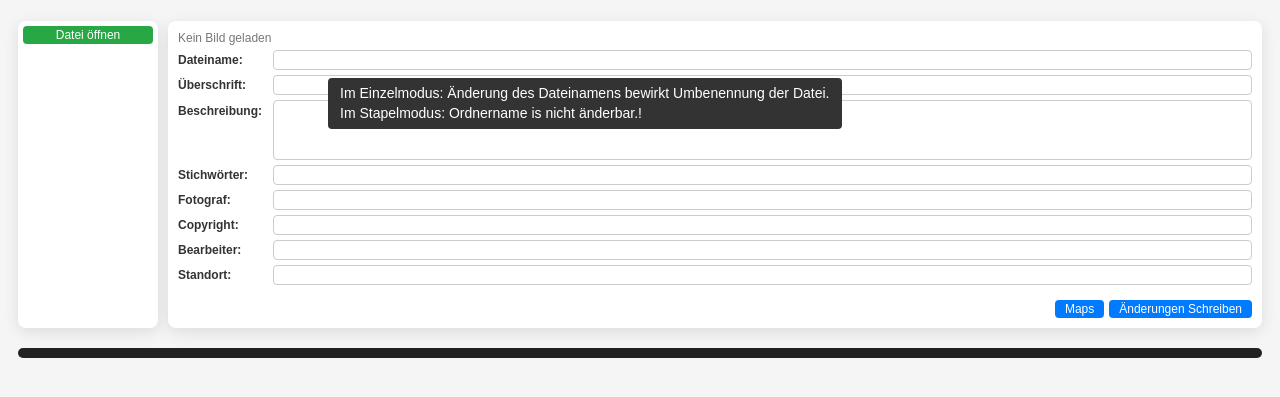
Repository: h-fahle/metadata
Page: ui/index.html
The author's editor kept a copy of each file at every save. The page is drawn from the files as they stood at one save, then again after the next save.
The browser window is 1280 px wide. The pictures show the whole page.
The pointer rests on the first visible `.tooltip`.

Above is the page before, as saved 2026-08-18 12:45:31.

### ui/index.html
<!DOCTYPE html>
<html lang="de">

<head>
	<meta charset="UTF-8">
	<title>Tauri ExifTool Test</title>
	<script src="script.js"></script>
	<link rel="stylesheet" href="style.css">
</head>

<body>

	<div class="main-container">

		<!-- Das Vorschaubild links -->
		<div id="sidebar">
			<button id="file-open" onclick="dateiAuswählen()">Datei öffnen</button>

			<!-- 			<select id="menue-oeffnen" onchange="menueAktion(this)" >
				<option value="dateien">🖼️ Bilder öffnen...</option>
				<option value="ordner">📁 Ordner öffnen...</option>
			</select>
 -->
			<img id="vorschau-bild" src="" style="display:none;" />
			<div id="bild-info" style="text-align:center;">
				<span id="img-nummer"></span><br>
				<span id="img-datum"></span><br>
				<span id="img-groesse"></span>
			</div>
		</div>

		<!-- Das Formular rechts -->
		<div id="mein-formular-container">

			<div id="ordner-pfad">Kein Bild geladen</div>

			<div class="tooltip" data-tooltip=
"Im Einzelmodus: Änderung des Dateinamens bewirkt Umbenennung der Datei.
Im Stapelmodus: Ordnername is nicht änderbar.!">
				<label for="filename">Dateiname:</label>
				<input type="text" id="filename" name="filename"/>
			</div>

			<div class="tooltip" data-tooltip=
"Auch: (Dokument-)Titel, Schlagzeile, Headline">
				<label for="caption">Überschrift:</label>
				<input type="text" id="caption" name="caption"/>
			</div>

			<div class="tooltip" data-tooltip=
"Beschreibender Text in beliebiger Länge.
(Im Stapelmodus wird der eingegebene Text an vorhandenen angehängt.)
Hinweis: Einige Programme zeigen nur 2.000 Zeichen oder auch weniger an.">
				<label for="description">Beschreibung:</label>
				<textarea id="description" name="description" style="min-height: 60px;"></textarea>
			</div>

			<div class="tooltip" data-tooltip=
"Komma-separierte Liste. Groß-/Kleinschreibung beachten.
Im Stapelmodus werden die eingegebenen Stichwörter an vorhandene angehängt.">
				<label for="keywords">Stichwörter:</label>
				<input type="text" id="keywords" name="keywords"/>
			</div>

			<div class="tooltip" data-tooltip=
"Urheber, Ersteller, Autor
(Tags: Artitst, Creator, By-line)">
				<label for="creator">Fotograf:</label>
				<input type="text" id="creator" name="creator"/>
			</div>

			<div class="tooltip" data-tooltip=
"Urheberrechtshinweis; enthält in der Regel:
Name des Fotografen, Aufnahmejahr und Nutzungsrechte;
(z.B. 'Copyright [1975] [Mustermann], Alle Rechte vorbehalten')">
				<label for="copyright">Copyright:</label>
				<input type="text" id="copyright" name="copyright"/>
			</div>

			<div class="tooltip" data-tooltip=
"Verfasser der Metadaten
(Tags: Caption Writer, Writer Editor)">
				<label for="editor">Bearbeiter:</label>
				<input type="text" id="editor" name="editor"/>
			</div>

			<div class="tooltip" data-tooltip=
"GPS-Koordinaten in Dezimalgrad (51.49129, 8.43317).
Ermitteln der Koordinaten in der Google Maps-Karte:
  1. mit rechter Maustaste auf den Standort klicken,
  2. auf die angezeigten Koordinaten klicken,
  3. der so gespeicherte Wert kann dann mit Strg+V kopiert werden.">
				<label for="position">Standort:</label>
				<input type="text" id="position" name="position"/>
			</div>

			<!-- Button-Leiste -->
			<div class="button-group" style="text-align: right; margin-top: 15px;">
				<button type="button" onclick="zeigeMaps(event)" style="background: #007BFF;">Maps</button>
				<button type="button" onclick="exifSchreiben(event)" style="background: #007BFF;">Änderungen Schreiben</button>
			</div>

		</div>
	</div> <!-- Ende des main-containers -->

	<div id="ausgabe"></div>

</body>

</html>

### ui/script.js
let aktuellerBildPfad = "";

async function zeigeMaps(event) {
    event.preventDefault()
    let gps = document.getElementById('position').value;

    try {
        // Ruft direkt unsere eigene, sichere Rust-Funktion auf
        await window.__TAURI__.core.invoke('oeffne_maps_browser', {
            gpsString: gps
        });
    } catch (fehler) {
        console.error("Fehler:", fehler);
    }
}

async function dateiAuswählen() {
    try {
        const ergebnis = await window.__TAURI__.core.invoke('plugin:dialog|open', {
            options: {
                title: 'Bilddatei für ExifTool auswählen',
                directory: false,
                multiple: false,
                filters: [
                    { name: 'Bilder', extensions: ['jpg', 'jpeg', 'png', 'gif', 'tif', 'tiff', 'webp', 'avif', 'heic', 'heif'] }
                ]
            }
        });

        // Wenn der Nutzer nicht abgebrochen hat (ergebnis ist nicht null)
        if (ergebnis) {
            // Falls das Ergebnis ein Objekt ist (z.B. { path: "..." }), holen wir den Pfad heraus,
            // ansonsten nehmen wir den String direkt.
            const pfad = typeof ergebnis === 'object' ? ergebnis.path : ergebnis;

            aktuellerBildPfad = pfad;

            // Sofort automatisch die Metadaten einlesen!
            exifAuslesen();
        }
    } catch (fehler) {
        document.getElementById("ausgabe").innerHTML = "<span style='color: red;'>Dialog-Fehler: " + fehler + "</span>";
    }
}

async function exifAuslesen() {
    const pfad = aktuellerBildPfad;
    const ausgabe = document.getElementById("ausgabe");
    const vorschauImg = document.getElementById("vorschau-bild");


    ausgabe.innerText = "Rufe ExifTool auf...";

    try {
        // 1. Metadaten über Rust holen
        const jsonText = await window.__TAURI__.core.invoke('lese_bild_metdaten', { dateipfad: pfad });
        const datenObjekt = JSON.parse(jsonText)[0]; 	// Das 1. JSON-Objekt im JSON-Array in JS-Objekt umwandeln

        document.getElementById('img-nummer').innerText = '# 0/0';
        let datum = datenObjekt.DateTimeOriginal;
        if (typeof datum === 'undefined') {
            datum = '(unbekannt)';
        }
        document.getElementById('img-datum').innerText = '\u{1F4F7} ' + datum || '';
        document.getElementById('img-groesse').innerText = '⤢ ' + datenObjekt.ImageSize || '';

        document.getElementById('filename').value = datenObjekt.FileName || '';
        document.getElementById('caption').value = datenObjekt.CMB_Caption || '';
        document.getElementById('description').value = datenObjekt.Description || '';
        document.getElementById('keywords').value = datenObjekt.Keywords || '';
        document.getElementById('creator').value = datenObjekt.Creator || '';
        document.getElementById('copyright').value = datenObjekt.Copyright || '';
        document.getElementById('editor').value = datenObjekt.CMB_Editor || '';
        document.getElementById('position').value = datenObjekt.GPSPosition || '';

        const vollerPfad = pfad;
        // Erkennt automatisch Linux-Schrägstriche (/) und Windows-Backslashes (\)
        const letzterSlash = Math.max(vollerPfad.lastIndexOf('/'), vollerPfad.lastIndexOf('\\'));
        let ordner = "Unbekannt";
        if (letzterSlash !== -1) {
            ordner = vollerPfad.substring(0, letzterSlash);
        }
        // Den berechneten Ordnerpfad in das neue Label schreiben
        document.getElementById('ordner-pfad').innerText = ordner;

        // Wir nehmen das erste Element der Liste (ExifTool liefert immer ein Array)
        // und stellen es schön formatiert im Browser dar
        // ausgabe.innerText = JSON.stringify(datenObjekt[0], null, 2);
        ausgabe.innerText = jsonText;

        // Wir fragen Rust nach dem besten Weg für das Bild
        const vorschauErgebnis = await window.__TAURI__.core.invoke('hole_vorschaubild', { dateipfad: pfad });

        if (vorschauErgebnis === "STANDARD") {
            // Normales JPG/PNG über das Asset-Protokoll
            const assetUrl = window.__TAURI__.core.convertFileSrc(pfad);
            vorschauImg.src = assetUrl + "?t=" + new Date().getTime();
        } else if (vorschauErgebnis.startsWith("data:[embedded picture, 23 characters]")) {
            // TIF/TIFF über den im RAM kompilierten Rust-Wandler
            vorschauImg.src = vorschauErgebnis;
        }

        vorschauImg.style.display = "block";

    } catch (fehler) {
        ausgabe.innerHTML = "<span style='color: red;'>Fehler: " + fehler + "</span>";
        vorschauImg.style.display = "none";
        infoText.innerText = "Fehler beim Laden";
    }
}

async function exifSchreiben(ereignis) {
    if (ereignis) ereignis.preventDefault();  // verbietet dem Browser den automatischen Seiten-Reset!

    const pfad = aktuellerBildPfad;
    const ausgabe = document.getElementById("ausgabe");

    ausgabe.innerText = "Speichere Daten über ExifTool...";

    // Wir sammeln alle aktuellen Werte aus den Eingabefeldern ein
    const daten = {
        dateipfad: pfad,
        filename: document.getElementById('filename').value,
        caption: document.getElementById('caption').value,
        description: document.getElementById('description').value,
        keywords: document.getElementById('keywords').value.split(',').map(s => s.trim()).join(', '),
        creator: document.getElementById('creator').value,
        copyright: document.getElementById('copyright').value,
        editor: document.getElementById('editor').value,
        gps: document.getElementById('position').value
    };

    try {
        // Wir schicken das gesamte Paket an die Rust-Funktion 'schreibe_bild_metdaten'
        const antwort = await window.__TAURI__.core.invoke('schreibe_bild_metdaten', daten);

        // Bei Erfolg zeigen wir die Meldung in grüner Schrift an
        ausgabe.innerHTML = "<span style='color: #00ff00;'>" + antwort + "</span>";

        // 2. Da der Pfad dank preventDefault() jetzt bombenfest im Feld stehen bleibt,
        // funktioniert das Neuladen nun augenblicklich und fehlerfrei!
        await exifAuslesen();

    } catch (fehler) {
        // Falls etwas schiefgeht (z.B. Datei schreibgeschützt), zeigen wir den Fehler an
        ausgabe.innerHTML = "<span style='color: red;'>Fehler beim Speichern: " + fehler + "</span>";
    }
}

### ui/style.css
body {
	font-family: sans-serif;
	font-size: 12px;
	padding: 3px 10px;
	background: #f5f5f5;
}

button {
	padding: 2px 10px;
	font-size: 12px;
	cursor: pointer;
	background: #28a745;
	color: white;
	border: none;
	border-radius: 4px;
}

select {
	-moz-appearance: none;
	-webkit-appearance: none;
	appearance: none;
	border: none;
	border-radius: 4px;
	background: #28a745;
	color: white;
	width: 120px;
}

#ausgabe {
	margin-top: 20px;
	background: #222;
	color: #00ff00;
	padding: 5px;
	border-radius: 5px;
	font-family: monospace;
	white-space: pre-wrap;
	overflow-x: auto;
}

input#bildpfad {
	width: 350px;
}

/* Der neue Haupt-Container für die Nebeneinander-Ausrichtung */
.main-container {
	margin-top: 10px;
	display: flex;
	flex-direction: row;
	/* Elemente nebeneinander */
	gap: 10px;
	/* Abstand zwischen Bild und Formular */
	width: 100%;
	box-sizing: border-box;
}

/* Styling für den Bild-Bereich */
#sidebar {
	width: 130px;
	min-width: 130px;
	display: flex;
	flex-direction: column;
	align-items: center;
	justify-content: flex-start;
	padding: 5px;
	background-color: #ffffff;
	border-radius: 8px;
	box-shadow: 0 4px 15px rgba(0, 0, 0, 0.1);
}

#file-open {
	width: 130px;
	margin-bottom: 10px;
}

#vorschau-bild {
	width: 130px;
	height: auto;
	border: 1px outset gray;
}

/* Container des Formulars */
#mein-formular-container {
	flex-grow: 1;
	margin: 0;
	padding: 5px 10px;
	background-color: #ffffff;
	border-radius: 8px;
	box-shadow: 0 4px 15px rgba(0, 0, 0, 0.1);
	font-family: Arial, sans-serif;
}

#mein-formular-container div {
	display: flex;
	align-items: center;
	margin: 6px 0;
	/* Geringer Zeilenabstand */
	width: 100%;
	margin-top: 5px;
	/* Kleiner Abstand nach oben */
	margin-bottom: 5px;
	/* Kleiner Abstand nach unten */
}

label[for="description"] {
	align-self: flex-start;
	/* DIESE ZEILE IST DIE RETTUNG: Richtet NUR dieses Label oben aus! */
	margin-top: 4px;
	/* Feinjustierung, damit es perfekt auf der Linie der ersten Textzeile liegt */
}

#ordner-pfad {
	margin-left: 97px;
	margin-bottom: 2px;
	color: #777777;
	font-size: 12px;
	font-family: Arial, sans-serif;
}

/* Feste Breite für die Labels + Linksbündig */
label {
	display: inline-block;
	width: 95px;
	text-align: left;
	font-weight: bold;
	color: #333333;
	flex-shrink: 0;
	/* Verhindert, dass der Text zusammengedrückt wird */
}

/* Eingabefelder füllen den restlichen Platz der Zeile aus */
input[type="text"],
textarea {
	flex-grow: 1;
	/* Alle Felder starten exakt an der gleichen Linie */
	width: 100%;
	min-width: 0;
	padding: 2px;
	border: 1px solid #cccccc;
	border-radius: 4px;
	box-sizing: border-box;
	font-size: 12px;
}

textarea {
	/* DIESE BEIDEN ZEILEN LÖSEN DAS LINUX-PROBLEM ENDGÜLTIG: */
	field-sizing: content;
	/* Die Box wächst automatisch zeilenweise mit! */
	overflow: hidden;
	/* Schaltet Scrollbalken und damit den Bug komplett ab */
	resize: none;
	/* Der Nutzer muss nicht mehr manuell ziehen */
}

/* Aktives Feld bei Klick */
input:focus,
textarea:focus {
	border-color: #007BFF;
	outline: none;
	box-shadow: 0 0 5px rgba(0, 123, 255, 0.5);
}

.tooltipx {
  position: relative;
  z-index: 1;
}
/* Tooltip-Box beim Hover anzeigen */
.tooltipx:hover::after {
  z-index: 999;
  content: attr(data-tooltip);
  position: absolute;
  bottom: -130%;  /* unterhalb */
  left: 50%;	/* nach rechts versetzt */
  transform: translateX(-50%);
  background-color: lightyellow;
  color: black;
  padding: 5px 10px;
  border: 1px solid gray;
  border-radius: 4px;
  white-space: pre;
  width: max-content;
  font-size: 10px;
}

.tooltip {
  position: relative;
  display: block;
  margin-bottom: 15px;
  /* Wichtig: Standard-Ebene für alle Zeilen */
  z-index: 1;
}

/* Wenn die Maus drüber ist oder getippt wird, MUSS diese Zeile über allen anderen liegen */
.tooltip:hover,
.tooltip:has(input:focus) {
  z-index: 9999 !important; /* !important stellt sicher, dass kein anderes CSS das blockiert */
}

/* Der Tooltip selbst */
.tooltip:hover::after,
.tooltip:has(input:focus)::after {
  content: attr(data-tooltip);
  position: absolute;

  /* Vertikale Positionierung (unten) */
  top: 100%;
  margin-top: 8px;
  bottom: auto;

  /* Horizontale Positionierung (an deiner Label-Breite) */
  left: 150px;        /* Hier wieder deine Label-Breite eintragen */
  right: auto;
  transform: none;

  /* Styling & Farben */
  background-color: #333333;
  color: #ffffff;
  padding: 6px 12px;
  border-radius: 4px;
  font-size: 14px;
  line-height: 1.4;

  /* Dynamische Breite */
  white-space: pre;
  width: max-content;

  /* DIE RETTUNG FÜR DEN Z-INDEX: */
  z-index: 100000;
  pointer-events: none; /* Verhindert, dass der Tooltip Maus-Klicks oder Hovers abfängt */
}



/* Der Absendeknopf richtet sich nach den Eingabefeldern aus */
.button-group {
	display: flex;
	justify-content: flex-end;
}

.button-group button {
		margin-left: 5px;
}

button[type="submit"] {
	width: 200px;
	padding: 12px;
	background-color: #007BFF;
	color: white;
	border: none;
	border-radius: 4px;
	font-size: 16px;
	cursor: pointer;
	transition: background-color 0.3s ease;
}

button[type="submit"]:hover {
	background-color: #0056b3;
}

After the next save:
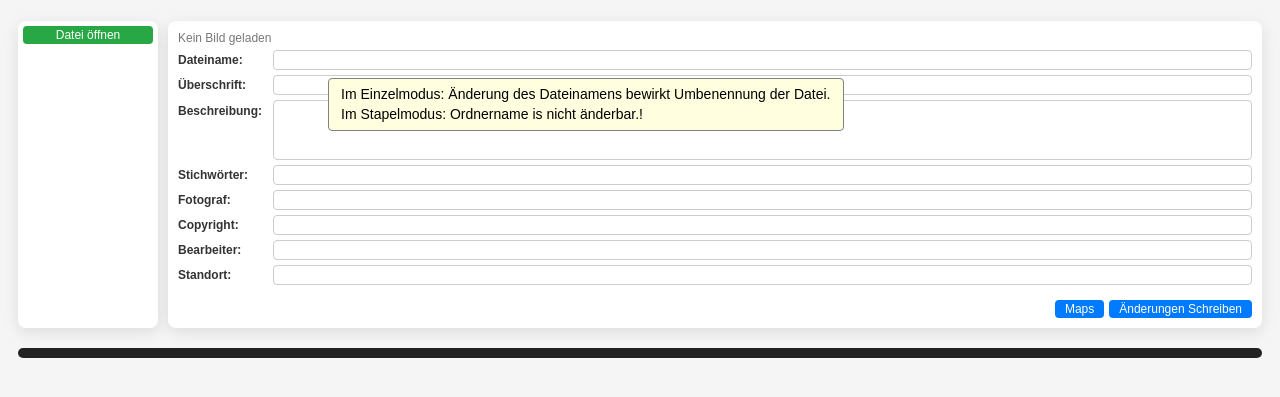
Saved 6 min 51 s later.
--- a/ui/style.css
+++ b/ui/style.css
@@ -215,6 +215,9 @@ textarea:focus {
   background-color: #333333;
   color: #ffffff;
   padding: 6px 12px;
+  background-color: lightyellow;
+  color: black;
+  border: 1px solid gray;
   border-radius: 4px;
   font-size: 14px;
   line-height: 1.4;
